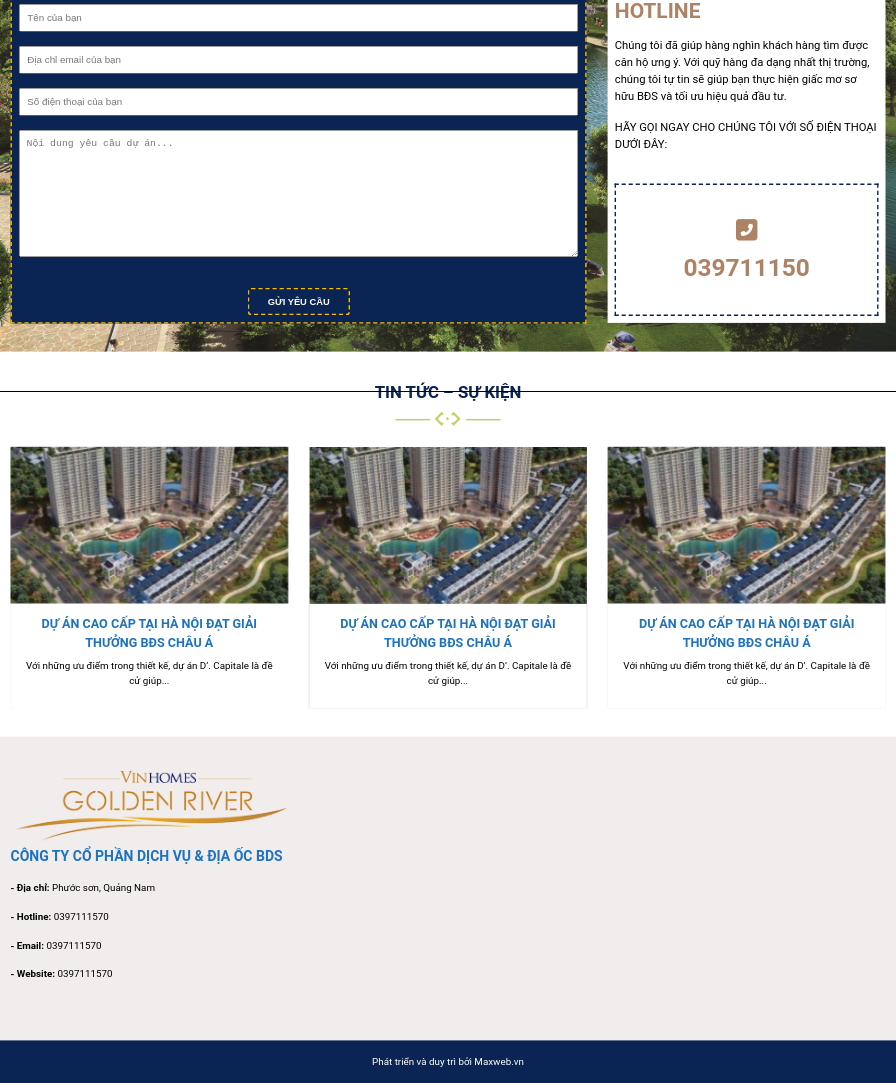
Repository: phamphuc2/fontend-bds
Page: index.html
An editor plug-in stored every save of this project. The page is shown before and after the next save, followed by the edit.
The browser window is 1280 px wide. The pictures show the part of the page from y = 2346 to 4266 px (the page is 3893 px tall before and 4266 px after), at 70% of full size.
Pictures or frames that could not be fetched are drawn as grey boxes. Backgrounds fixed to the window are drawn as part of the page. Some web libraries are served in a nearby version.

Above is the page before, as saved 2022-06-10 08:15:40.

### index.html
<!DOCTYPE html>
<html lang="en">

<head>
    <meta charset="UTF-8">
    <meta http-equiv="X-UA-Compatible" content="IE=edge">
    <meta name="viewport" content="width=device-width, initial-scale=1.0">
    <title>BDS</title>
    <!-- linl css -->
    <link rel="stylesheet" href="libs/slick/slick.css">
    <link rel="stylesheet" href="libs/slick/slick-theme.css">
    <link rel="stylesheet" href="./assets/css/bootstrap.css">
    <link rel="stylesheet" href="./assets/css/theme.css">
    <link rel="stylesheet " href="./style.css ">
    <!-- link thư viện -->
    <link rel="stylesheet " href="https://cdnjs.cloudflare.com/ajax/libs/font-awesome/6.1.1/css/all.min.css ">
    <!-- link font -->
    <link rel="preconnect" href="https://fonts.googleapis.com">
    <link rel="preconnect" href="https://fonts.gstatic.com" crossorigin>
    <link
        href="https://fonts.googleapis.com/css2?family=Roboto+Flex:opsz,wght@8..144,200;8..144,300;8..144,400;8..144,500;8..144,600;8..144,700;8..144,800;8..144,900&display=swap"
        rel="stylesheet">
</head>

<body>
    <!-- Header -->
    <header class="header">
        <div class="header-top">
            <div class="container">
                <div class="inner">
                    <div class="box-left">
                        <div class="map">
                            <i class="fa-solid fa-location-dot"></i>
                            <span>Phước sơn, Quảng Nam</span>
                        </div>
                        <div class="phone">
                            <i class="fa-solid fa-phone"></i>
                            <span>0397111570</span>
                        </div>
                    </div>
                    <div class="box-right">
                        <ul class="list-info">
                            <li class="item">
                                <a href="">
                                    <i class="fa-brands fa-facebook-f"></i>
                                </a>
                            </li>
                            <li class="item">
                                <a href="">
                                    <i class="fa-brands fa-instagram"></i>
                                </a>
                            </li>
                            <li class="item">
                                <a href="">
                                    <i class="fa-brands fa-twitter"></i>
                                </a>
                            </li>
                        </ul>
                    </div>
                </div>
            </div>
        </div>

        <div class="header-bottom">
            <div class="container">
                <div class="inner">
                    <div class="header-bottom-left">
                        <a href="">
                            <div class="logo">
                                <img src="./assets/images/logo.png" alt="">
                            </div>
                        </a>
                    </div>
                    <div class="header-bottom-right">
                        <ul class="menu">
                            <li>
                                <a href="./index.html">Trang chủ</a>
                            </li>
                            <li>
                                <a href="./about.html">Giới Thiệu</a>
                            </li>
                            <li>
                                <a href="./taxonomy.html">Dự Án</a>
                            </li>
                            <li>
                                <a href="./taxonomy.html">Tin Tức</a>
                            </li>
                            <li>
                                <a href="./blogs.html">Tuyển Dụng</a>
                            </li>
                            <li>
                                <a href="./contact.html">Liên hệ</a>
                            </li>
                        </ul>
                        <div class="btn-project">
                            <a href="">ĐĂNG KÝ DỰ ÁN</a>
                        </div>
                    </div>

                </div>
            </div>
        </div>
    </header>
    <!-- End header -->



    <!-- slide-home -->
    <section class="slide-home">
        <div class="box-slide">
            <div class="box-item">
                <div class="img-wrap">
                    <img src="/assets/images/slide-bg-1.jpg" alt="">
                </div>
                <div class="img-wrap">
                    <img src="./assets/images/slide-bg-2.jpg" alt="">
                </div>
                <div class="img-wrap">
                    <img src="./assets/images/slide-bg-3.jpg" alt="">
                </div>

            </div>
        </div>
        <div class="arrow">
            <a class="arrow-left">
                <i class="fa-solid fa-chevron-left icon-arrow-left"></i>
            </a>
            <a class="arrow-right">
                <i class="fa-solid fa-chevron-right icon-arrow-right"></i>
            </a>
        </div>
    </section>
    <!-- end slide-home -->

    <!-- section vinahome -->
    <section class="vinahome">
        <div class="container">
            <div class="row">
                <div class="col-12">
                    <div class="inner-top">
                        <h2 class="title">VINAHOMES</h2>
                        <div class="is-drive"></div>
                        <p class="desc">CUNG CẤP GIẢI PHÁP BẤT ĐỘNG SẢN TOÀN DIỆN CHO KHÁCH HÀNG</p>
                    </div>
                </div>
                <div class="col-lg-3">
                    <div class="item">
                        <div class="icon">
                            <img src="./assets/images/icon1.png" alt="">
                        </div>
                        <div class="content">
                            <h2 class="title">SẢN PHẨM ĐA DẠNG</h2>
                            <p class="desc">Khách hàng mua căn hộ giá gốc từ CĐT, thụ hưởng những chính sách bán hàng
                                mới nhất và ưu đãi nhất.</p>
                        </div>
                    </div>
                </div>
                <div class="col-lg-3">
                    <div class="item">
                        <div class="icon">
                            <img src="./assets/images/icon1.png" alt="">
                        </div>
                        <div class="content">
                            <h2 class="title">SẢN PHẨM ĐA DẠNG</h2>
                            <p class="desc">Khách hàng mua căn hộ giá gốc từ CĐT, thụ hưởng những chính sách bán hàng
                                mới nhất và ưu đãi nhất.</p>
                        </div>
                    </div>
                </div>
                <div class="col-lg-3">
                    <div class="item">
                        <div class="icon">
                            <img src="./assets/images/icon1.png" alt="">
                        </div>
                        <div class="content">
                            <h2 class="title">SẢN PHẨM ĐA DẠNG</h2>
                            <p class="desc">Khách hàng mua căn hộ giá gốc từ CĐT, thụ hưởng những chính sách bán hàng
                                mới nhất và ưu đãi nhất.</p>
                        </div>
                    </div>
                </div>
                <div class="col-lg-3">
                    <div class="item">
                        <div class="icon">
                            <img src="./assets/images/icon1.png" alt="">
                        </div>
                        <div class="content">
                            <h2 class="title">SẢN PHẨM ĐA DẠNG</h2>
                            <p class="desc">Khách hàng mua căn hộ giá gốc từ CĐT, thụ hưởng những chính sách bán hàng
                                mới nhất và ưu đãi nhất.</p>
                        </div>
                    </div>
                </div>
                <div class="col-12">
                    <div class="btn-learn-about">
                        <a href="">
                            TÌM HIỂU THÊM VỀ VINAHOME
                            <svg width="30" height="8" viewBox="0 0 30 8" fill="none"
                                xmlns="http://www.w3.org/2000/svg">
                                <path
                                    d="M29.3536 4.35355C29.5488 4.15829 29.5488 3.84171 29.3536 3.64645L26.1716 0.464466C25.9763 0.269204 25.6597 0.269204 25.4645 0.464466C25.2692 0.659728 25.2692 0.976311 25.4645 1.17157L28.2929 4L25.4645 6.82843C25.2692 7.02369 25.2692 7.34027 25.4645 7.53553C25.6597 7.7308 25.9763 7.7308 26.1716 7.53553L29.3536 4.35355ZM0 4.5H29V3.5H0V4.5Z"
                                    fill="#fff"></path>
                            </svg>
                        </a>

                    </div>
                </div>
            </div>
        </div>
    </section>
    <!-- end section vinahome -->

    <!-- section project -->
    <section class="project">
        <div class="container">
            <div class="row">
                <div class="col-12">
                    <div class="inner-top">
                        <h2 class="title">DỰ ÁN MỚI</h2>
                        <div class="is-drive"></div>
                        <p class="desc">Bạn đã lựa chọn được căn hộ riêng cho mình?</p>
                    </div>
                </div>
                <div class="col-lg-4 mg">
                    <a href="" class="item">
                        <div class="img-wrap">
                            <img src="./assets/images/project1.jpg" alt="">
                        </div>
                        <div class="item-content">
                            <p class="title">HATECO APOLLO XUÂN PHƯƠNG</p>
                        </div>
                    </a>
                </div>
                <div class="col-lg-4 mg">
                    <a href="" class="item">
                        <div class="img-wrap">
                            <img src="./assets/images/project2.jpg" alt="">
                        </div>
                        <div class="item-content">
                            <p class="title">HATECO APOLLO XUÂN PHƯƠNG</p>
                        </div>
                    </a>
                </div>
                <div class="col-lg-4 mg">
                    <a href="" class="item">
                        <div class="img-wrap">
                            <img src="./assets/images/project3.jpg" alt="">
                        </div>
                        <div class="item-content">
                            <p class="title">HATECO APOLLO XUÂN PHƯƠNG</p>
                        </div>
                    </a>
                </div>
                <div class="col-lg-4 mg">
                    <a href="" class="item">
                        <div class="img-wrap">
                            <img src="./assets/images/project4.jpg" alt="">
                        </div>
                        <div class="item-content">
                            <p class="title">HATECO APOLLO XUÂN PHƯƠNG</p>
                        </div>
                    </a>
                </div>
                <div class="col-lg-4 mg">
                    <a href="" class="item">
                        <div class="img-wrap">
                            <img src="./assets/images/project1.jpg" alt="">
                        </div>
                        <div class="item-content">
                            <p class="title">HATECO APOLLO XUÂN PHƯƠNG</p>
                        </div>
                    </a>
                </div>
                <div class="col-lg-4 mg">
                    <a href="" class="item">
                        <div class="img-wrap">
                            <img src="./assets/images/project2.jpg" alt="">
                        </div>
                        <div class="item-content">
                            <p class="title">HATECO APOLLO XUÂN PHƯƠNG</p>
                        </div>
                    </a>
                </div>
                <div class="col-12">
                    <div class="btn-project">
                        <a href="">
                            XEM TẤT CẢ DỰ ÁN
                            <i class="fa-solid fa-plus"></i>
                        </a>

                    </div>
                </div>
            </div>
        </div>
    </section>
    <!-- end section project -->

    <!-- section-contac-home -->
    <section class="contact-home">
        <div class="container">
            <div class="row">
                <div class="col-12">
                    <h2 class="title">ĐĂNG KÝ ĐỂ NHẬN ƯU ĐÃI VÀ TƯ VẤN MIỄN PHÍ</h2>

                </div>
            </div>
            <div class="row">
                <div class="col-lg-8">
                    <div class="form-contact-home">
                        <div role="form" class="wpcf7" id="wpcf7-f80-o1" lang="en-US" dir="ltr">
                            <form action="" class="wpcf7-form init">
                                <span class="wpcf7-form-control-wrap your-name"><input type="text" name="your-name"
                                        value="" size="40"
                                        class="wpcf7-form-control wpcf7-text wpcf7-validates-as-required"
                                        aria-required="true" aria-invalid="false" placeholder="Tên của bạn"></span>
                                <span class="wpcf7-form-control-wrap your-name"><input type="text" name="your-name"
                                        value="" size="40"
                                        class="wpcf7-form-control wpcf7-text wpcf7-validates-as-required"
                                        aria-required="true" aria-invalid="false" placeholder="Địa chỉ email của bạn"></span>
                                <span class="wpcf7-form-control-wrap your-name"><input type="text" name="your-name"
                                        value="" size="40"
                                        class="wpcf7-form-control wpcf7-text wpcf7-validates-as-required"
                                        aria-required="true" aria-invalid="false" placeholder="Số điện thoại của bạn"></span>
                                <span class="wpcf7-form-control-wrap your-title"><textarea name="your-title" cols="40"
                                        rows="10" class="wpcf7-form-control wpcf7-textarea wpcf7-validates-as-required"
                                        aria-required="true" aria-invalid="false"
                                        placeholder="Nội dung yêu cầu dự án..."></textarea></span>
                                <div class="btn-submit">
                                    <input type="submit" value="Gửi yêu cầu"
                                        class="wpcf7-form-control has-spinner wpcf7-submit"><span
                                        class="wpcf7-spinner"></span>
                                </div>
                                <div class="wpcf7-response-output" aria-hidden="true"></div>
                            </form>
                        </div>
                    </div>
                </div>
                <div class="col-lg-4">
                  <div class="box-content">
                      <h2 class="h-title">HOTLINE</h2>
                      <p class="desc">Chúng tôi đã giúp hàng nghìn khách hàng tìm được căn hộ ưng ý. Với quỹ hàng đa dạng nhất thị trường, chúng tôi tự tin sẽ giúp bạn thực hiện giấc mơ sơ hữu BĐS và tối ưu hiệu quả đầu tư.</p>
                      <p class="h-desc">HÃY GỌI NGAY CHO CHÚNG TÔI VỚI SỐ ĐIỆN THOẠI DƯỚI ĐÂY:</p>
                      <div class="phone">
                            <i class="fa-solid fa-square-phone-flip"></i>
                            <p class="number">039711150</p>
                      </div>
                  </div>
                </div>
            </div>
        </div>
    </section>
    <!-- end section-contac-home -->

    <!-- section-new -->
        <section class="new">
            <div class="container">
               <div class="row">
                    <div class="col-12">
                        <div class="inner-top">
                            <h2 class="title">TIN TỨC – SỰ KIỆN</h2>
                            <div class="is-drive"></div>
                        </div>
                    </div>
                    <div class="col-lg-4">
                        <a href="" class="box-item">
                            <div class="img-wrap">
                                <img src="./assets/images/project1.jpg" alt="">
                            </div>
                            <div class="content">
                                <h2 class="title">Dự án cao cấp tại Hà Nội đạt giải thưởng BĐS châu Á</h2>
                                <p class="desc">Với những ưu điểm trong thiết kế, dự án D’. Capitale là đề cử giúp...					</p>
                            </div>
                        </a>
                    </div>
                    <div class="col-lg-4">
                        <a href="" class="box-item">
                            <div class="img-wrap">
                                <img src="./assets/images/project1.jpg" alt="">
                            </div>
                            <div class="content">
                                <h2 class="title">Dự án cao cấp tại Hà Nội đạt giải thưởng BĐS châu Á</h2>
                                <p class="desc">Với những ưu điểm trong thiết kế, dự án D’. Capitale là đề cử giúp...					</p>
                            </div>
                        </a>
                    </div>
                    <div class="col-lg-4">
                        <a href="" class="box-item">
                            <div class="img-wrap">
                                <img src="./assets/images/project1.jpg" alt="">
                            </div>
                            <div class="content">
                                <h2 class="title">Dự án cao cấp tại Hà Nội đạt giải thưởng BĐS châu Á</h2>
                                <p class="desc">Với những ưu điểm trong thiết kế, dự án D’. Capitale là đề cử giúp...					</p>
                            </div>
                        </a>
                    </div>
               </div>
            </div>
        </section>
    <!-- section-new -->

    <!-- footer -->
    <footer class="footer">
       <div class="footer-top">
           <div class="container">
               <div class="row">
                   <div class="col-lg-6">
                       <div class="box-left">
                            <a href="" class="logo">
                                <img src="./assets/images/logo.png" alt="">
                            </a>
                            <div class="name-cty">CÔNG TY CỔ PHẦN DỊCH VỤ & ĐỊA ỐC BDS</div>
                            <ul class="list-info">
                                <li class="item">
                                    <strong>- Địa chỉ:</strong>
                                    Phước sơn, Quảng Nam
                                </li>
                                <li class="item">
                                    <a href="">
                                        <strong>- Hotline:</strong>
                                        0397111570
                                    </a>
                                </li>
                                <li class="item">
                                    <a href="">
                                        <strong>- Email:</strong>
                                        0397111570
                                    </a>
                                </li>
                                <li class="item">
                                    <a href="">
                                        <strong>- Website:</strong>
                                        0397111570
                                    </a>
                                </li>
                            </ul>
                       </div>
                   </div>
                   <div class="col-lg-6">
                        <div class="box-right">
                            <iframe src="https://www.google.com/maps/embed?pb=!1m18!1m12!1m3!1d3833.828583004772!2d108.17859985059002!3d16.074382643514532!2m3!1f0!2f0!3f0!3m2!1i1024!2i768!4f13.1!3m3!1m2!1s0x314218fb7240f30b%3A0x2e34fb5aa125e806!2zMSDEkOG6t25nIMSQw6xuaCBWw6JuLCBUaGFuaCBLaMOqIMSQw7RuZywgVGhhbmggS2jDqiwgxJDDoCBO4bq1bmcsIFZp4buHdCBOYW0!5e0!3m2!1svi!2s!4v1654737063418!5m2!1svi!2s" style="border:0;" allowfullscreen="" loading="lazy" referrerpolicy="no-referrer-when-downgrade"></iframe>
                        </div>
                   </div>
               </div>
           </div>
       </div>
       <div class="footer-bottom">
           <div class="container">
               <div class="copy-right">Phát triển và duy trì bởi Maxweb.vn</div>
           </div>
       </div>
    </footer>
    <!-- footer -->








    <script src="./assets/js/jquery.min.js"></script>
    <script src="libs/slick/slick.min.js"></script>
    <script src="./assets/js/theme.js"></script>
</body>

</html>

Loaded but not shown: libs/slick/slick.css (common file); libs/slick/slick-theme.css (library); assets/css/bootstrap.css (library); assets/js/jquery.min.js (library); libs/slick/slick.min.js (library); assets/js/theme.js (88 lines, source omitted); assets/css/theme.css (516 lines, source omitted); style.css (178 lines, source omitted)

After the next save:
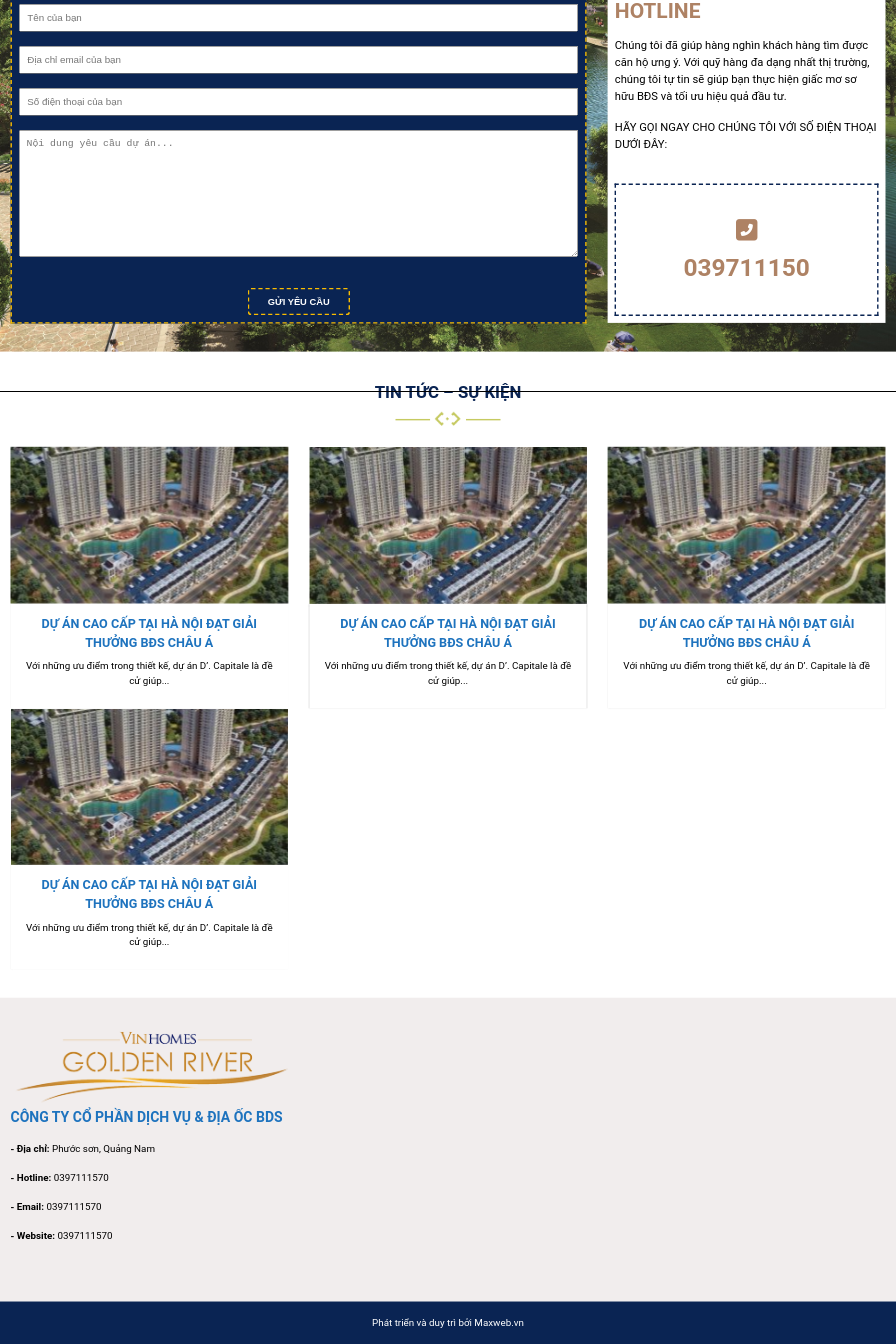
Saved 4 min 59 s later.
--- a/index.html
+++ b/index.html
@@ -102,8 +102,6 @@
         </div>
     </header>
     <!-- End header -->
-
-
 
     <!-- slide-home -->
     <section class="slide-home">
@@ -361,7 +359,7 @@
                             <div class="is-drive"></div>
                         </div>
                     </div>
-                    <div class="col-lg-4">
+                    <div class="col-lg-4 box-new">
                         <a href="" class="box-item">
                             <div class="img-wrap">
                                 <img src="./assets/images/project1.jpg" alt="">
@@ -372,7 +370,7 @@
                             </div>
                         </a>
                     </div>
-                    <div class="col-lg-4">
+                    <div class="col-lg-4  box-new">
                         <a href="" class="box-item">
                             <div class="img-wrap">
                                 <img src="./assets/images/project1.jpg" alt="">
@@ -383,7 +381,18 @@
                             </div>
                         </a>
                     </div>
-                    <div class="col-lg-4">
+                    <div class="col-lg-4  box-new">
+                        <a href="" class="box-item">
+                            <div class="img-wrap">
+                                <img src="./assets/images/project1.jpg" alt="">
+                            </div>
+                            <div class="content">
+                                <h2 class="title">Dự án cao cấp tại Hà Nội đạt giải thưởng BĐS châu Á</h2>
+                                <p class="desc">Với những ưu điểm trong thiết kế, dự án D’. Capitale là đề cử giúp...					</p>
+                            </div>
+                        </a>
+                    </div>
+                    <div class="col-lg-4  box-new">
                         <a href="" class="box-item">
                             <div class="img-wrap">
                                 <img src="./assets/images/project1.jpg" alt="">
